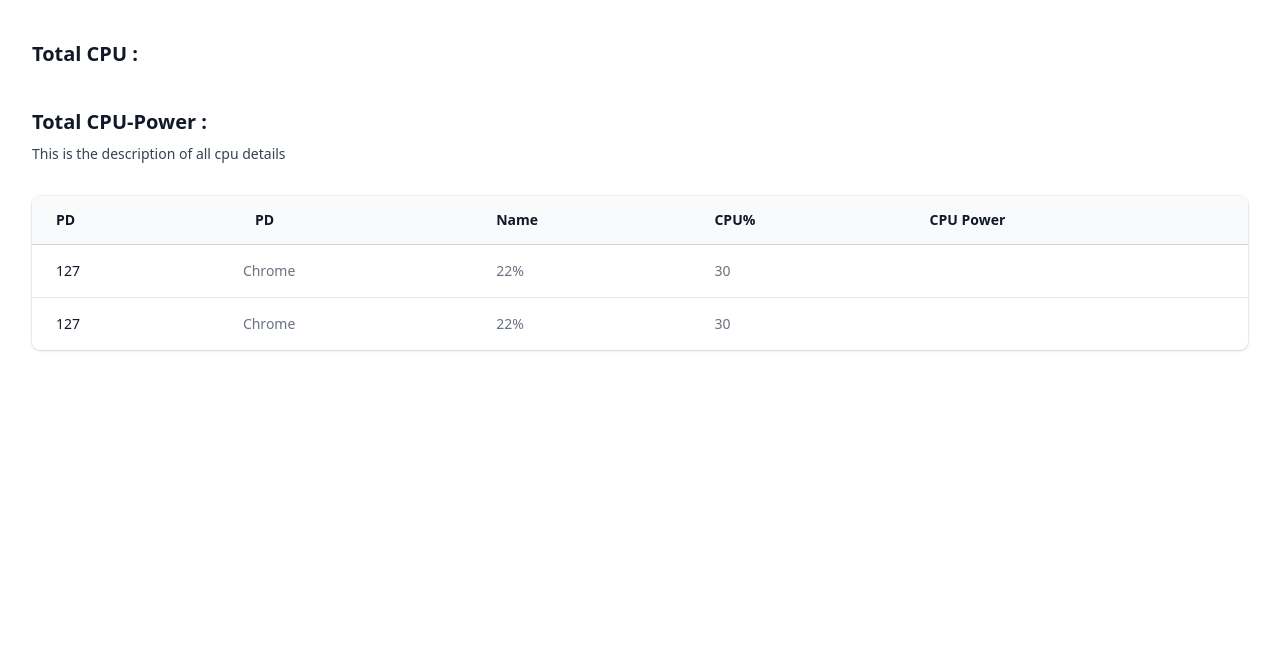
Repository: emorilebo/cpu-reader
Page: /
An editor plug-in stored every save of this project. The page is shown before and after the next save, followed by the edit.
The browser window is 1280 px wide. The pictures show the whole page.
The project was rebuilt for these pictures with package versions that can differ from the ones it lists, and the page was loaded fresh each time. The framework's server and built-in components were replaced by stand-ins that run in the browser. Also part of the build but not shown: next.config.js, styles/Home.module.css.

Above is the page before, as saved 2023-01-13 12:41:04.

### pages/index.js
import Head from 'next/head'
import Image from 'next/image'
import { Inter } from '@next/font/google'
import styles from '../styles/Home.module.css'
import Tables from '../components/Tables'

const inter = Inter({ subsets: ['latin'] })

export default function Home() {
  return (
    <>
      <Head>
        <title>Create Next App</title>
        <meta name="description" content="Generated by create next app" />
        <meta name="viewport" content="width=device-width, initial-scale=1" />
        <link rel="icon" href="/favicon.ico" />
      </Head>
      <main className="">
       <Tables/>
      </main>
    </>
  )
}

### styles/globals.css
@tailwind base;
@tailwind components;
@tailwind utilities;

/* :root {
  --max-width: 1100px;
  --border-radius: 12px;
  --font-mono: ui-monospace, Menlo, Monaco, "Cascadia Mono", "Segoe UI Mono",
    "Roboto Mono", "Oxygen Mono", "Ubuntu Monospace", "Source Code Pro",
    "Fira Mono", "Droid Sans Mono", "Courier New", monospace;

  --foreground-rgb: 0, 0, 0;
  --background-start-rgb: 214, 219, 220;
  --background-end-rgb: 255, 255, 255;

  --primary-glow: conic-gradient(
    from 180deg at 50% 50%,
    #16abff33 0deg,
    #0885ff33 55deg,
    #54d6ff33 120deg,
    #0071ff33 160deg,
    transparent 360deg
  );
  --secondary-glow: radial-gradient(
    rgba(255, 255, 255, 1),
    rgba(255, 255, 255, 0)
  );

  --tile-start-rgb: 239, 245, 249;
  --tile-end-rgb: 228, 232, 233;
  --tile-border: conic-gradient(
    #00000080,
    #00000040,
    #00000030,
    #00000020,
    #00000010,
    #00000010,
    #00000080
  );

  --callout-rgb: 238, 240, 241;
  --callout-border-rgb: 172, 175, 176;
  --card-rgb: 180, 185, 188;
  --card-border-rgb: 131, 134, 135;
}

@media (prefers-color-scheme: dark) {
  :root {
    --foreground-rgb: 255, 255, 255;
    --background-start-rgb: 0, 0, 0;
    --background-end-rgb: 0, 0, 0;

    --primary-glow: radial-gradient(rgba(1, 65, 255, 0.4), rgba(1, 65, 255, 0));
    --secondary-glow: linear-gradient(
      to bottom right,
      rgba(1, 65, 255, 0),
      rgba(1, 65, 255, 0),
      rgba(1, 65, 255, 0.3)
    );

    --tile-start-rgb: 2, 13, 46;
    --tile-end-rgb: 2, 5, 19;
    --tile-border: conic-gradient(
      #ffffff80,
      #ffffff40,
      #ffffff30,
      #ffffff20,
      #ffffff10,
      #ffffff10,
      #ffffff80
    );

    --callout-rgb: 20, 20, 20;
    --callout-border-rgb: 108, 108, 108;
    --card-rgb: 100, 100, 100;
    --card-border-rgb: 200, 200, 200;
  }
}

* {
  box-sizing: border-box;
  padding: 0;
  margin: 0;
}

html,
body {
  max-width: 100vw;
  overflow-x: hidden;
}

body {
  color: rgb(var(--foreground-rgb));
  background: linear-gradient(
      to bottom,
      transparent,
      rgb(var(--background-end-rgb))
    )
    rgb(var(--background-start-rgb));
}

a {
  color: inherit;
  text-decoration: none;
}

@media (prefers-color-scheme: dark) {
  html {
    color-scheme: dark;
  }
} */

### components/Tables.jsx
import React from "react";

const cpus = [
  {
    pd: "127",
    name: "Chrome",
    cpupercent: "22%",
    cpupower: "30",
  },
  {
    pd: "127",
    name: "Chrome",
    cpupercent: "22%",
    cpupower: "30",
  },

];

export default function Tables() {
  return (
    <div className="px-4 sm:px-6 lg:px-8">
      <div className="sm:flex sm:items-center">
        <div className="sm:flex-auto">
          <h1 className=" mt-10 text-xl font-semibold text-gray-900">
            Total CPU :{" "}
          </h1>
          <h1 className=" mt-10 text-xl font-semibold text-gray-900">
            Total CPU-Power :{" "}
          </h1>
          <p className="mt-2 text-sm text-gray-700">
            This is the description of all cpu details
          </p>
        </div>
      </div>
      <div className="mt-8 flex flex-col">
        <div className="-my-2 -mx-4 overflow-x-auto sm:-mx-6 lg:-mx-8">
          <div className="inline-block min-w-full py-2 align-middle md:px-6 lg:px-8">
            <div className="overflow-hidden shadow ring-1 ring-black ring-opacity-5 md:rounded-lg">
              <table className="min-w-full divide-y divide-gray-300">
                <thead className="bg-gray-50">
                  <tr>

                    <th
                      scope="col"
                      className="py-3.5 pl-4 pr-3 text-left text-sm font-semibold text-gray-900 sm:pl-6"
                    >
                      PD
                    </th>
                    <th
                      scope="col"
                      className="py-3.5 pl-4 pr-3 text-left text-sm font-semibold text-gray-900 sm:pl-6"
                    >
                      PD
                    </th>
                    <th
                      scope="col"
                      className="px-3 py-3.5 text-left text-sm font-semibold text-gray-900"
                    >
                      Name
                    </th>
                    <th
                      scope="col"
                      className="px-3 py-3.5 text-left text-sm font-semibold text-gray-900"
                    >
                      CPU%
                    </th>
                    <th
                      scope="col"
                      className="px-3 py-3.5 text-left text-sm font-semibold text-gray-900"
                    >
                      CPU Power
                    </th>
                  </tr>
                </thead>
                <tbody className="divide-y divide-gray-200 bg-white">
                  {cpus.map((cpu) => (
                    <tr key={cpu.cpupercent}>
                      <td className="whitespace-nowrap py-4 pl-4 pr-3 text-sm font-medium text-gray-900 sm:pl-6">
                        {cpu.pd}
                      </td>
                      <td className="whitespace-nowrap px-3 py-4 text-sm text-gray-500">
                        {cpu.name}
                      </td>
                      <td className="whitespace-nowrap px-3 py-4 text-sm text-gray-500">
                        {cpu.cpupercent}
                      </td>
                      <td className="whitespace-nowrap px-3 py-4 text-sm text-gray-500">
                        {cpu.cpupower}
                      </td>
                    </tr>
                  ))}
                </tbody>
              </table>
            </div>
          </div>
        </div>
      </div>
    </div>
  );
}

Loaded but not shown: pages/_app.js (common file); pages/_document.js (common file); tailwind.config.js (common file)

After the next save:
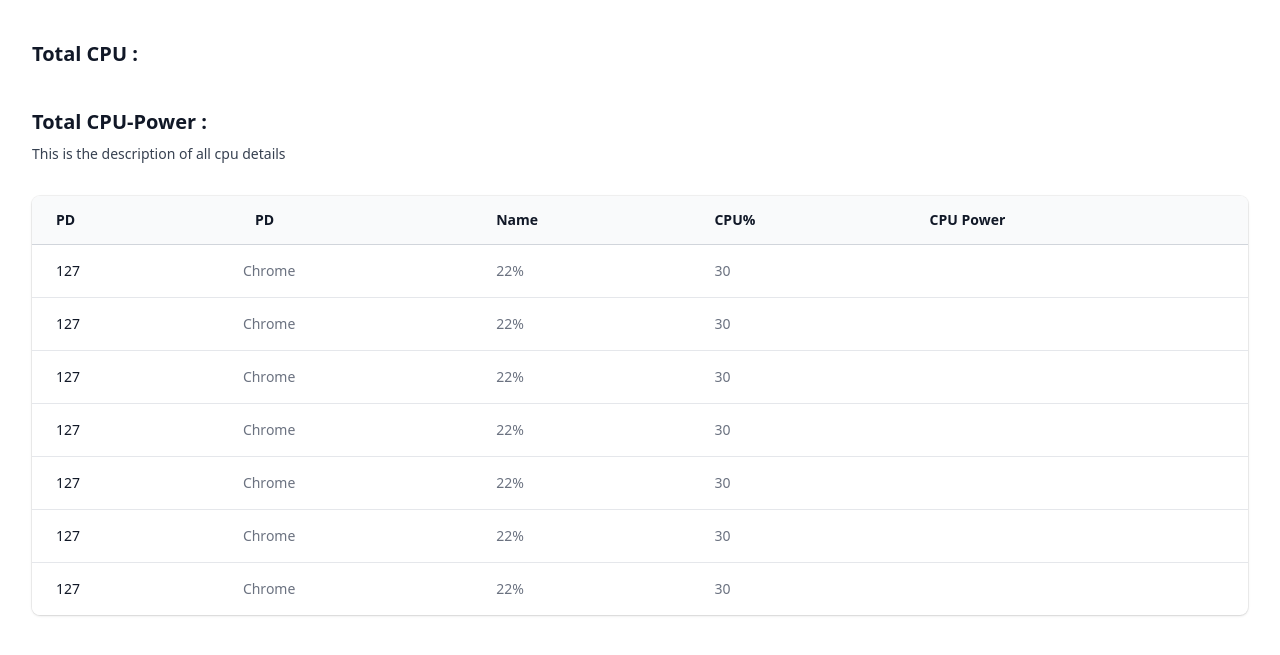
Saved 4 s later.
--- a/components/Tables.jsx
+++ b/components/Tables.jsx
@@ -1,6 +1,36 @@
 import React from "react";
 
 const cpus = [
+  {
+    pd: "127",
+    name: "Chrome",
+    cpupercent: "22%",
+    cpupower: "30",
+  },
+  {
+    pd: "127",
+    name: "Chrome",
+    cpupercent: "22%",
+    cpupower: "30",
+  },
+  {
+    pd: "127",
+    name: "Chrome",
+    cpupercent: "22%",
+    cpupower: "30",
+  },
+  {
+    pd: "127",
+    name: "Chrome",
+    cpupercent: "22%",
+    cpupower: "30",
+  },
+  {
+    pd: "127",
+    name: "Chrome",
+    cpupercent: "22%",
+    cpupower: "30",
+  },
   {
     pd: "127",
     name: "Chrome",
